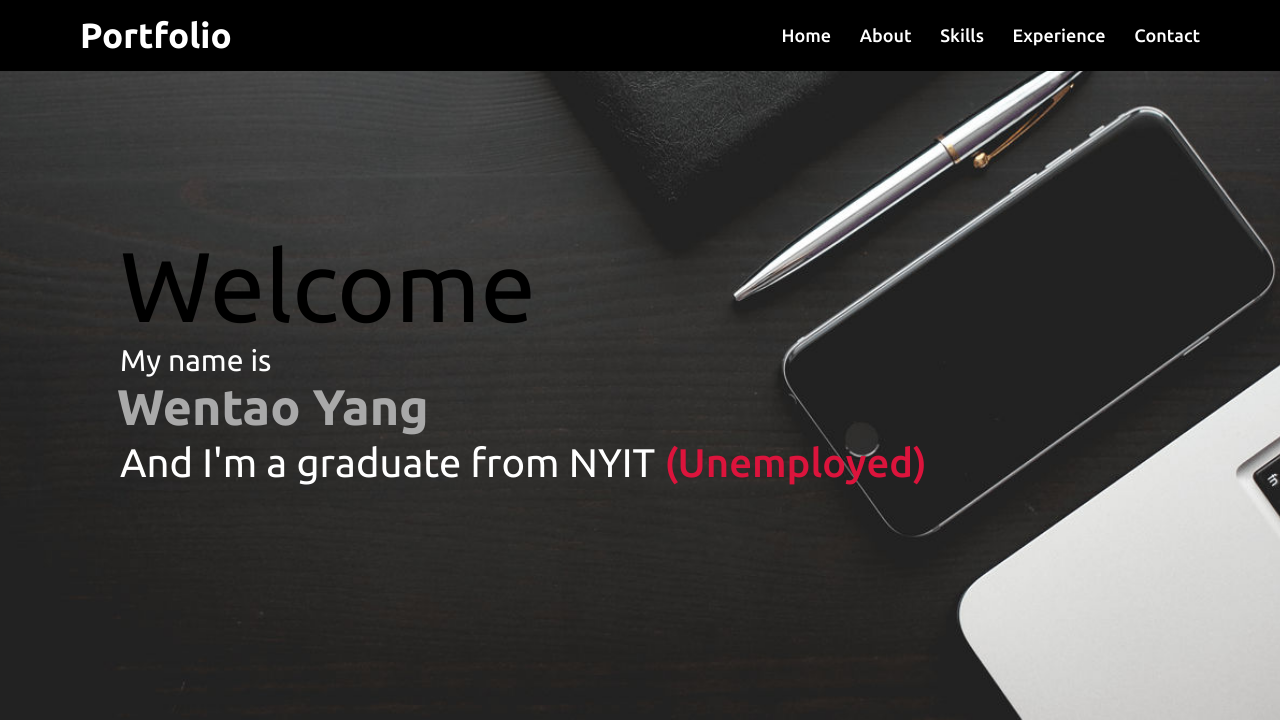
Repository: wyang08/wyang08.github.io
Page: index.html
These files come from the project's save history. The page is drawn as it stood at one moment and after the next save; the edit follows.
The browser window is 1280 px wide. The pictures show the whole page.

Above is the page before, as saved 2021-07-02 15:05:12.

After the next save:
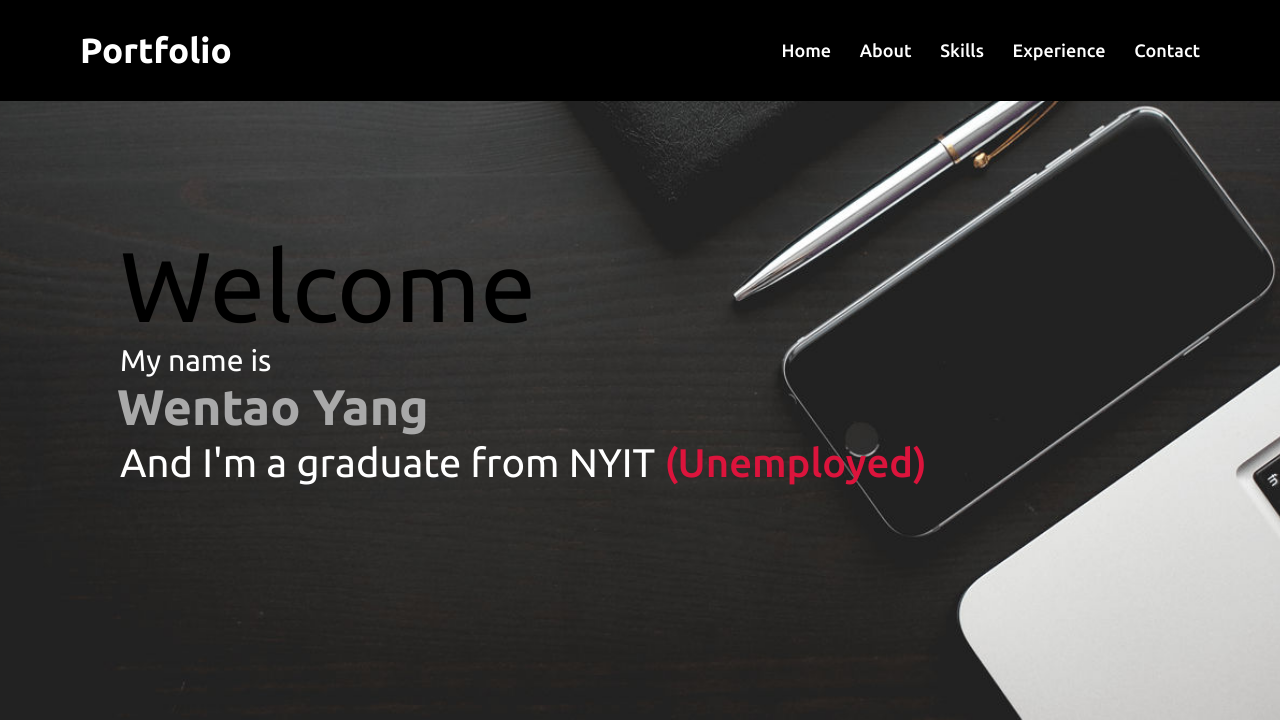
Saved 83 s later.
--- a/style.css
+++ b/style.css
@@ -12,7 +12,7 @@
 .navbar{
     position: fixed;
     width: 100%;
-    padding: 15px 0;
+    padding: 30px 0;
     background: black;
     font-family: 'Ubuntu', sans-serif;
 }

After the save that followed:
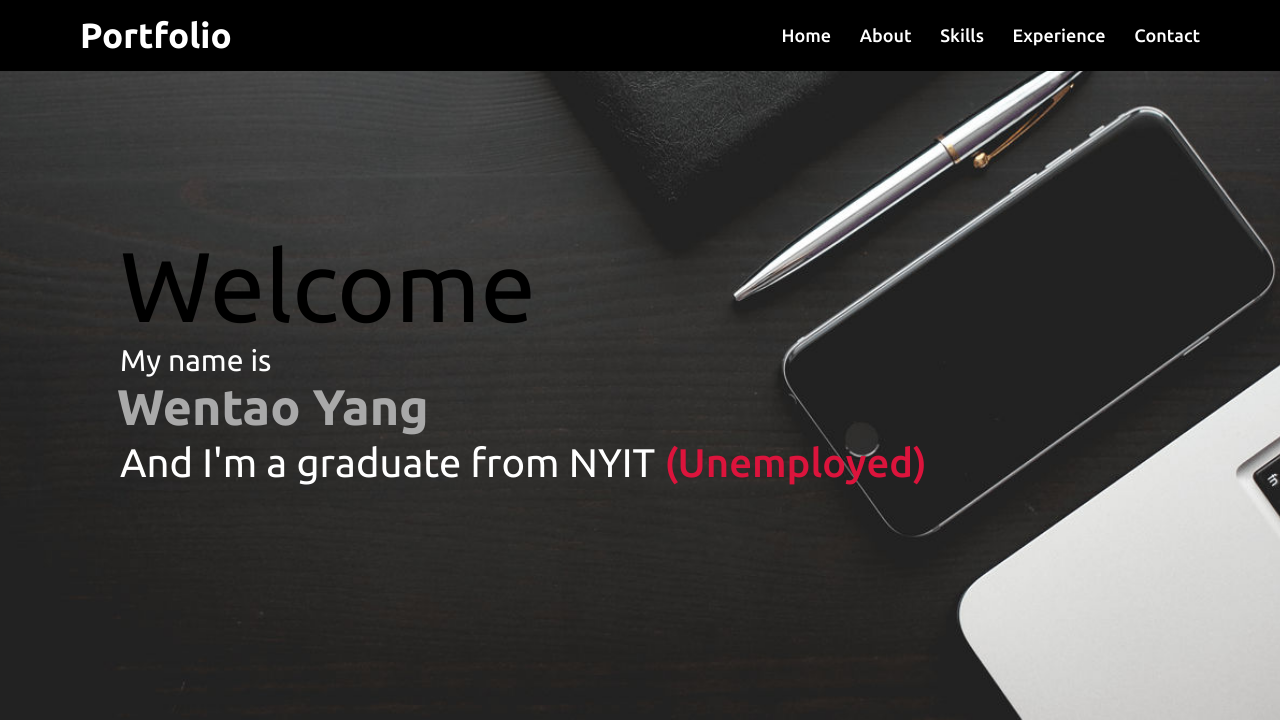
Saved 15 s later.
--- a/style.css
+++ b/style.css
@@ -12,7 +12,7 @@
 .navbar{
     position: fixed;
     width: 100%;
-    padding: 30px 0;
+    padding: 15px 0;
     background: black;
     font-family: 'Ubuntu', sans-serif;
 }
